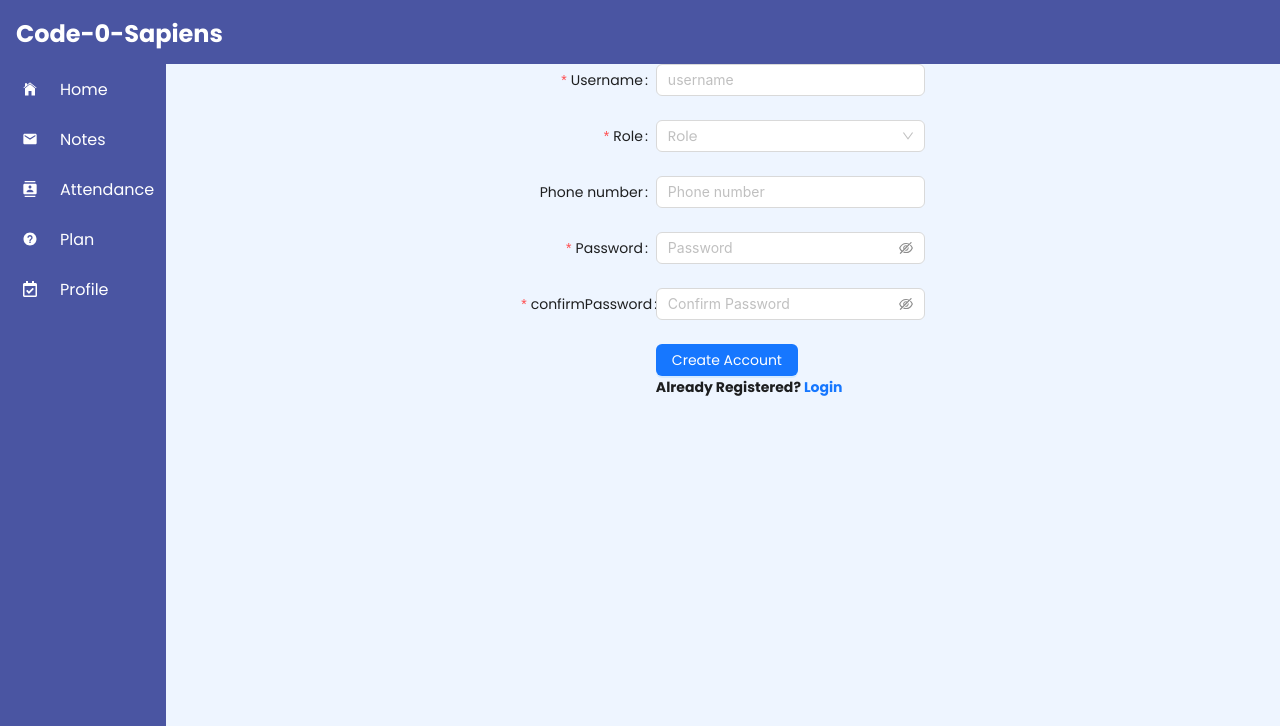
Repository: sinchana-P/code-0-sapiens
Page: /register (app in client/)
An editor plug-in stored every save of this project. The page is shown before and after the next save, followed by the edit.
The browser window is 1280 px wide. The pictures show the whole page.
The project was rebuilt for these pictures with package versions that can differ from the ones it lists, and the page was loaded fresh each time. Also part of the build but not shown: client/src/components/auth/login/FormLayoutLogin.jsx, client/src/components/auth/login/Login.css, client/src/components/auth/login/Login.jsx, client/src/components/homeScene/Home.jsx, client/src/components/notes/Notes.jsx, client/src/components/plans/Plans.jsx, client/src/components/attendance/Attendance.css, client/src/components/attendance/Attendance.jsx and 1 more.

Above is the page before, as saved 2024-03-01 01:59:52.

After the next save:
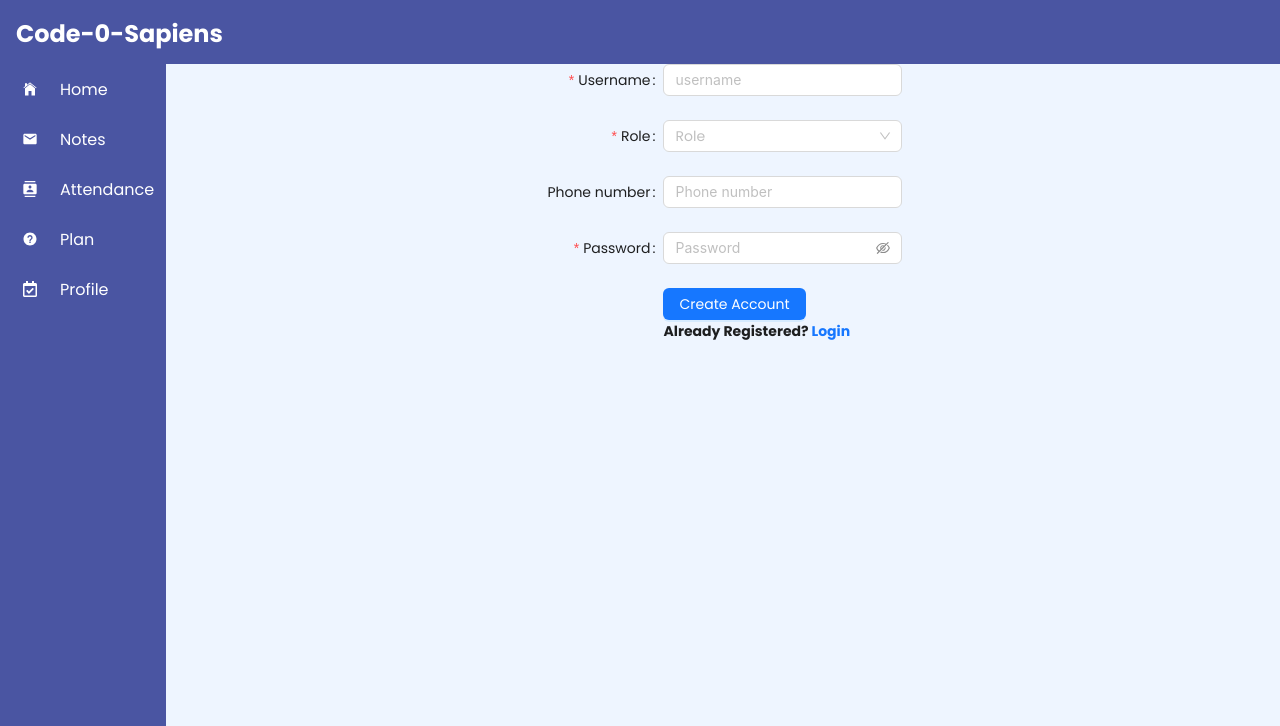
Saved 6 s later.
--- a/client/src/components/auth/register/FormLayoutRegister.jsx
+++ b/client/src/components/auth/register/FormLayoutRegister.jsx
@@ -85,13 +85,7 @@ const FormLayoutRegister = () => {
       <Input.Password placeholder="Password" onChange={e => console.log(e.target.value)}/>
     </Form.Item>
 
-    <Form.Item
-      label="confirmPassword"
-      name="password"
-      rules={[{ required: true, message: "Please input your password!" }]}
-    >
-      <Input.Password placeholder="Confirm Password" />
-    </Form.Item>
+
 
     <Form.Item wrapperCol={{ offset: 8, span: 16 }}>
       <Button type="primary" htmlType="submit">
